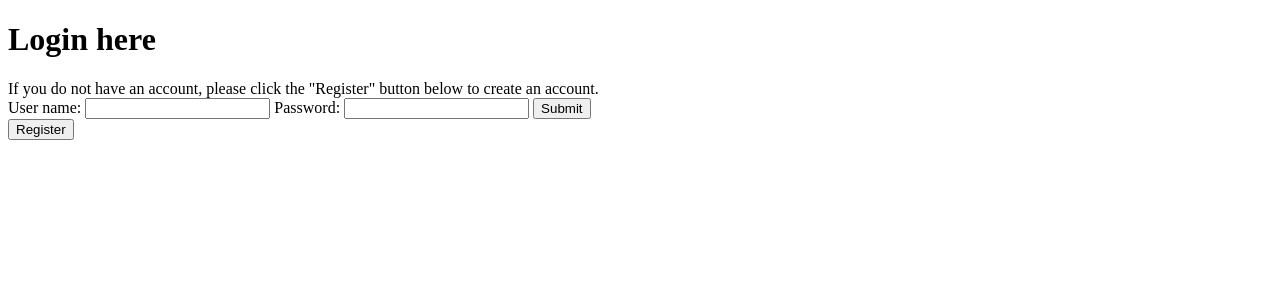
Repository: ejohnson93/CSCE_464
Page: http://localhost/hotel_management/
An editor plug-in stored every save of this project. The page is shown before and after the next save, followed by the edit.
The browser window is 1280 px wide. The pictures show the whole page.
The page is served by Tomcat 9. Other server files are loaded and not shown.

Above is the page before, as saved 2016-01-28 17:00:55.

### hotel_management/WebContent/login.jsp
<%@ page language="java" contentType="text/html; charset=ISO-8859-1"
    pageEncoding="ISO-8859-1"%>
<!DOCTYPE html PUBLIC "-//W3C//DTD HTML 4.01 Transitional//EN" "http://www.w3.org/TR/html4/loose.dtd">
<html>
<head>
<meta http-equiv="Content-Type" content="text/html; charset=ISO-8859-1">
<title>Login</title>
</head>
<body>
<h1> Login here</h1>
<%if (request.getParameter("errorMessage") != null){ %>
<%= request.getParameter("errorMessage") %>
<%}else { %>
If you do not have an account, please click the "Register" button below to create an account.
<%} %>
<form name="input" action="Login" method="post">
User name: <input type="text" name="username">
Password: <input type="password" name="password">
<input type="submit" value="Submit">
</form>
<form action="register.jsp">
	<input type="submit" value="Register">
</form>
</body>
</html>

After the next save:
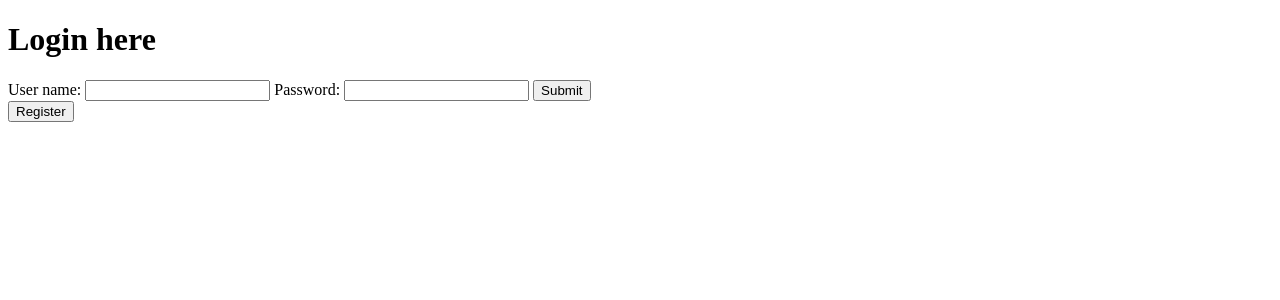
Saved 13 s later.
--- a/hotel_management/WebContent/login.jsp
+++ b/hotel_management/WebContent/login.jsp
@@ -11,7 +11,7 @@
 <%if (request.getParameter("errorMessage") != null){ %>
 <%= request.getParameter("errorMessage") %>
 <%}else { %>
-If you do not have an account, please click the "Register" button below to create an account.
+
 <%} %>
 <form name="input" action="Login" method="post">
 User name: <input type="text" name="username">

After the save that followed:
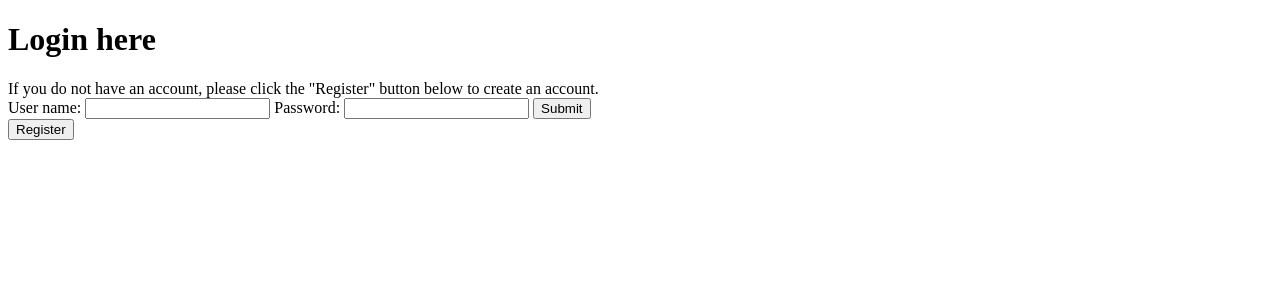
Saved 44 s later.
--- a/hotel_management/WebContent/login.jsp
+++ b/hotel_management/WebContent/login.jsp
@@ -11,6 +11,7 @@
 <%if (request.getParameter("errorMessage") != null){ %>
 <%= request.getParameter("errorMessage") %>
 <%}else { %>
+If you do not have an account, please click the "Register" button below to create an account.
 
 <%} %>
 <form name="input" action="Login" method="post">
